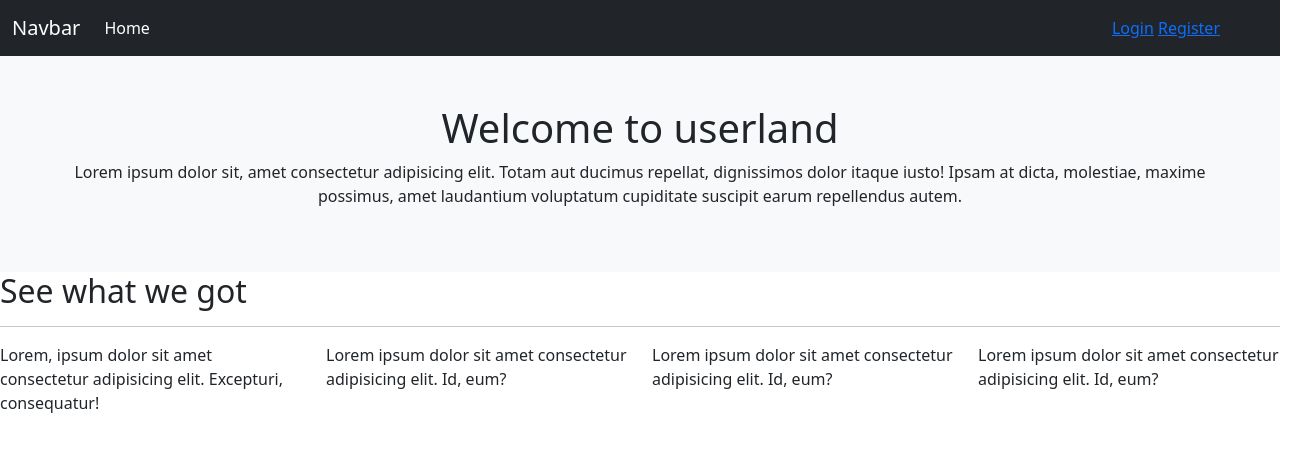
Repository: BrittleHeart/symfony-users--crud
Page: templates/home/home.html.twig
An editor plug-in stored every save of this project. The page is shown before and after the next save, followed by the edit.
The browser window is 1280 px wide. The page is 1292 px wide, then 1280 px, so the pictures cover 1292 px, including what lies to the right of the window. The pictures show the whole page.
The page is a Twig template of a Symfony application; nobody is signed in and links lead nowhere. The template is opened directly, without the code that normally fills it, so the values that code supplies are empty.

Above is the page before, as saved 2021-02-20 15:50:25.

After the next save:
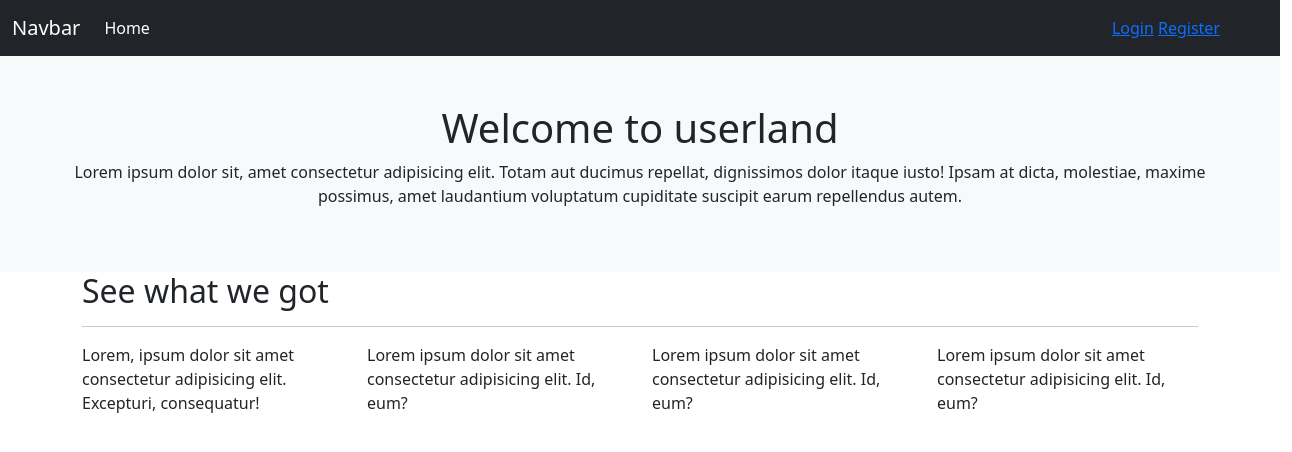
Saved 5 s later.
--- a/templates/home/home.html.twig
+++ b/templates/home/home.html.twig
@@ -2,23 +2,22 @@
 
 {% block body %}
 
-<header class="p-5 bg-light text-center">
-    <h1 class="jumbotron-header">Welcome to userland</h1>
-    <p class="jumbotron-description">Lorem ipsum dolor sit, amet consectetur adipisicing elit. Totam aut ducimus repellat, dignissimos dolor itaque iusto! Ipsam at dicta, molestiae, maxime possimus, amet laudantium voluptatum cupiditate suscipit earum repellendus autem.</p>
-</header>
+	<header class="p-5 bg-light text-center">
+		<h1 class="jumbotron-header">Welcome to userland</h1>
+		<p class="jumbotron-description">Lorem ipsum dolor sit, amet consectetur adipisicing elit. Totam aut ducimus repellat, dignissimos dolor itaque iusto! Ipsam at dicta, molestiae, maxime possimus, amet laudantium voluptatum cupiditate suscipit earum repellendus autem.</p>
+	</header>
 
-<main class="main">
-    <div class="container">
-    </div>
-
-    <h2>See what we got</h2>
-    <hr>
-        <div class="row">
-            <div class="col-md-3">Lorem, ipsum dolor sit amet consectetur adipisicing elit. Excepturi, consequatur!</div>
-            <div class="col-md-3">Lorem ipsum dolor sit amet consectetur adipisicing elit. Id, eum?</div>
-            <div class="col-md-3">Lorem ipsum dolor sit amet consectetur adipisicing elit. Id, eum?</div>
-            <div class="col-md-3">Lorem ipsum dolor sit amet consectetur adipisicing elit. Id, eum?</div>
-        </div>
-</main>
+	<main class="main">
+		<div class="container">
+			<h2>See what we got</h2>
+			<hr>
+			<div class="row">
+				<div class="col-md-3">Lorem, ipsum dolor sit amet consectetur adipisicing elit. Excepturi, consequatur!</div>
+				<div class="col-md-3">Lorem ipsum dolor sit amet consectetur adipisicing elit. Id, eum?</div>
+				<div class="col-md-3">Lorem ipsum dolor sit amet consectetur adipisicing elit. Id, eum?</div>
+				<div class="col-md-3">Lorem ipsum dolor sit amet consectetur adipisicing elit. Id, eum?</div>
+			</div>
+		</div>
+	</main>
 
 {% endblock %}
